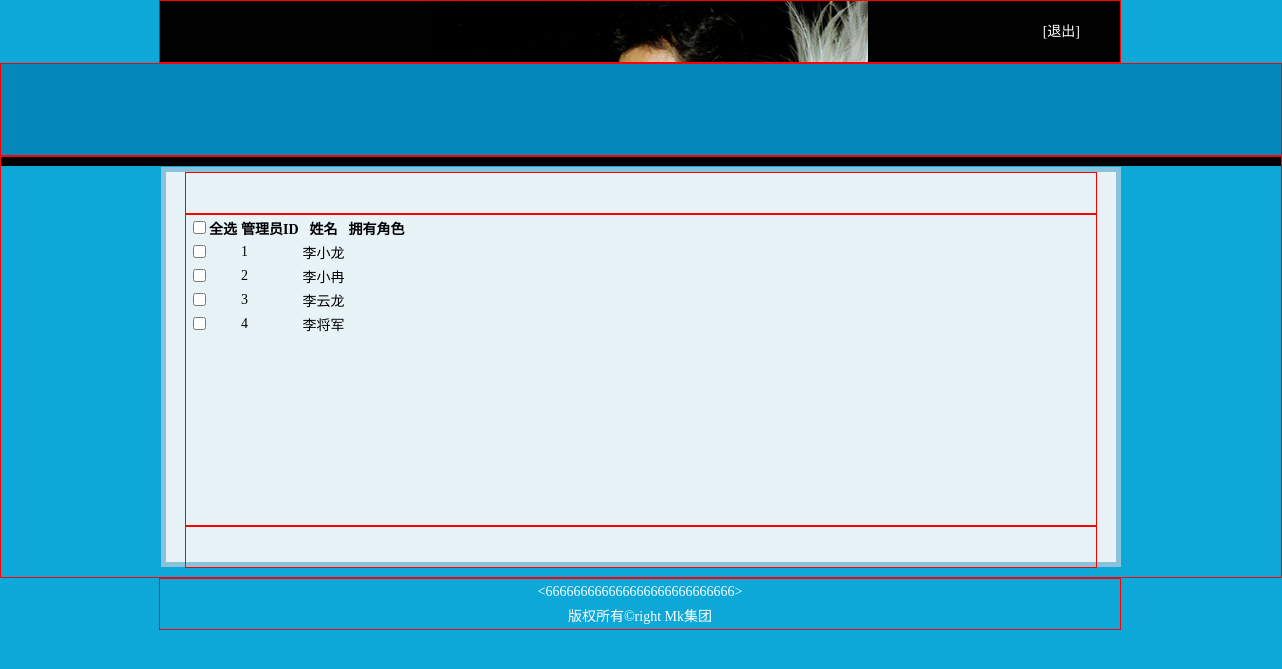
Repository: MasterKweng/workspace
Page: WebBasic/WebContent/Day02/demo6.html
These files come from the project's save history. The page is drawn as it stood at one moment and after the next save; the edit follows.
The browser window is 1280 px wide. The page is 1282 px wide, so the pictures cover 1282 px, including what lies to the right of the window. The pictures show the whole page.

Above is the page before, as saved 2018-01-04 07:56:03.

### WebBasic/WebContent/Day02/demo6.html
<!doctype html>
<html>
	<head>
		<title>管理员列表</title>
		<meta charset="utf-8"/>
		<style>
		/*设置页面整体布局*/
		/*body内外边距都是0*/
		body{
			background-color:#0EA8D8;
			padding:0;
			margin:0;
		}
		/*为了便于调试，设置出div边框，待完成时再去掉*/
		/*div统一设置为水平居中*/
		div {
			border:1px solid red;
			margin:0 auto;
		}
		/*分别设置各个div的宽高*/
		#logo{
			width:960px;
			height:61px;
		}
		#nav{
			width:100%;
			height:91px;
		}
		#main{
			width:100%;
			height:410px;
			padding:10px 0 0 0;
		}
		#copyright{
			width:960px;
			height:50px;
		}
		#content{
			width:950px;
			height:390px;
			border:5px solid #8ac1db;
		}
		#operate,#page{
			width:910px;
			height:40px;
		}
		#data{
			width:910px;
			height:310px;
		}
		/*设置背景色与背景图*/
		body{
			background-color:#0EA8D8;
			}
		#nav{
			background-color:#0488BB;
		}
		#content{
			background-color:#e8f3f8;
		}
		#logo{
			background-image:url(../img/leslie.jpg);
		}
		#main{
			background:url(../img/b.jpg) repeat-x top;
		}
		/*设置文本格式*/
		body{
			font-family:'微软雅黑';
			font-size:14px;
		}
		#logo,#copyright{
			color:#fff;
		}
		#logo a:link{
			color:#fff;

		}
		#logo a:visited{
			color:#fff;
		}
		#logo a{
			text-decoration:none;
			margin-right:40px;
			line-height:61px;
		}
		#logo{
			text-align:right;
		}
		#logo a:hover{
			font-weight:bold;
		}
		#copyright p{
			text-align:center;
			margin:0;
			line-height:25px;
		}
		</style>
	</head>
	<body>
		<!-- logo区 -->
		<div id="logo">
		<a href="#">[退出]</a>
		</div>
		<!-- 导航区 -->
		<div id="nav"></div>
		<!-- 核心区 -->
		<div id="main">
			<!-- 内容区 -->
			<div id="content">
				<!-- 操作区 -->
				<div id="operate"></div>
				<!-- 数据区 -->
				<div id="data">
					<table>
					<thead>
					<tr><th><input type="checkbox" id="check_all"/><label for="check_all">全选</label></th>
					<th>管理员ID</th><th>姓名</th><th>拥有角色</th><th></th></tr>
					</thead>
					<tbody>
					<tr><td><input type="checkbox" id="1"/><label for="check_all"></label></td>
					<td>1</td><td>李小龙</td><td></td><td></td></tr>
					<tr><td><input type="checkbox" id="2"/><label for="check_all"></label></td>
					<td>2</td><td>李小冉</td><td></td><td></td></tr>
					<tr><td><input type="checkbox" id="check_all"/><label for="check_all"></label></td>
					<td>3</td><td>李云龙</td><td></td><td></td></tr>
					<tr><td><input type="checkbox" id="check_all"/><label for="check_all"></label></td>
					<td>4</td><td>李将军</td><td></td><td></td></tr>
					</tbody>
					</table>
				</div>
				<!-- 分页区 -->
				<div id="page"></div>
			</div>
		</div>
		<!-- 版权区 -->
		<div id="copyright">
		<p>
		<666666666666666666666666666>
		</p>
		<p>
		版权所有&copyright Mk集团
		</p>
		</div>
	</body>
</html>

After the next save:
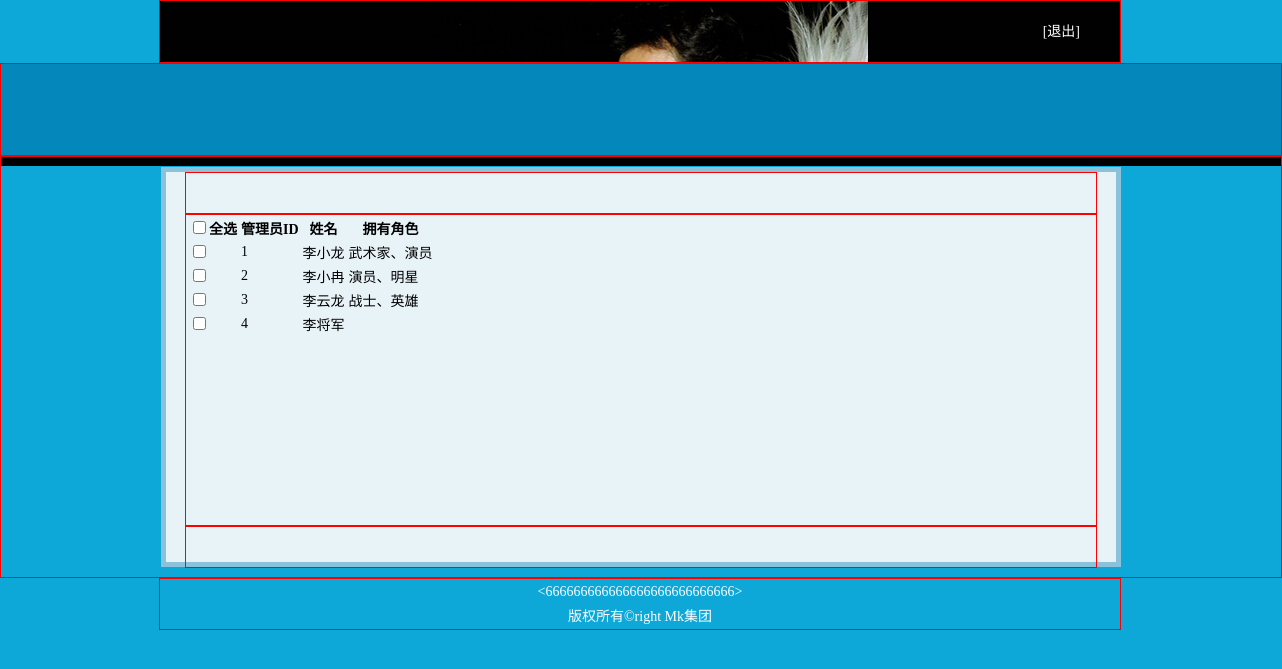
Saved 41 s later.
--- a/WebBasic/WebContent/Day02/demo6.html
+++ b/WebBasic/WebContent/Day02/demo6.html
@@ -119,11 +119,11 @@
 					</thead>
 					<tbody>
 					<tr><td><input type="checkbox" id="1"/><label for="check_all"></label></td>
-					<td>1</td><td>李小龙</td><td></td><td></td></tr>
+					<td>1</td><td>李小龙</td><td>武术家、演员</td><td></td></tr>
 					<tr><td><input type="checkbox" id="2"/><label for="check_all"></label></td>
-					<td>2</td><td>李小冉</td><td></td><td></td></tr>
+					<td>2</td><td>李小冉</td><td>演员、明星</td><td></td></tr>
 					<tr><td><input type="checkbox" id="check_all"/><label for="check_all"></label></td>
-					<td>3</td><td>李云龙</td><td></td><td></td></tr>
+					<td>3</td><td>李云龙</td><td>战士、英雄</td><td></td></tr>
 					<tr><td><input type="checkbox" id="check_all"/><label for="check_all"></label></td>
 					<td>4</td><td>李将军</td><td></td><td></td></tr>
 					</tbody>
